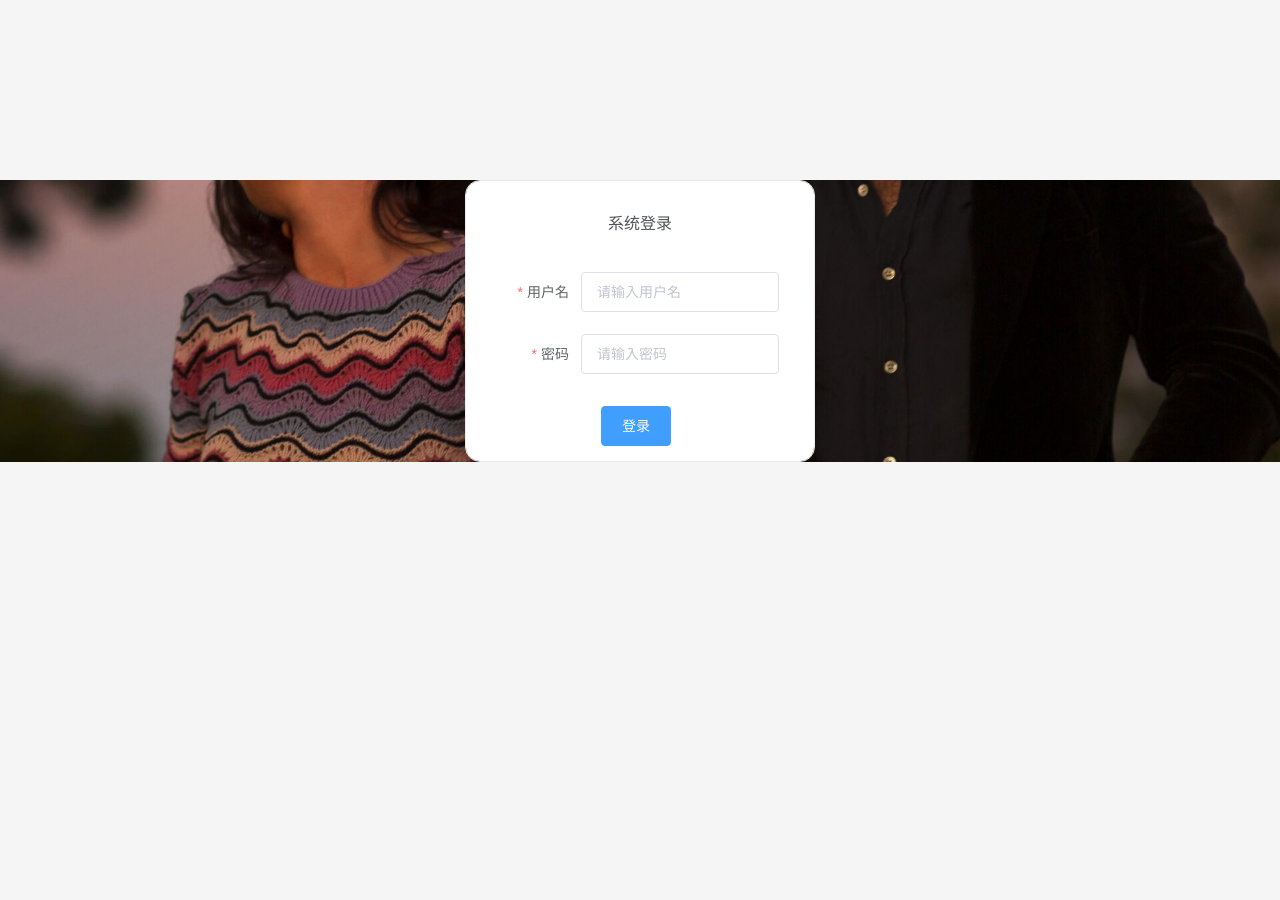
Repository: erwtt/git-demo
Page: /login (app in 后台管理系统/)
An editor plug-in stored every save of this project. The page is shown before and after the next save, followed by the edit.
The browser window is 1280 px wide. The pictures show the whole page.
The project was rebuilt for these pictures with package versions that can differ from the ones it lists, and the page was loaded fresh each time. Also part of the build but not shown: 后台管理系统/vue.config.js.

Above is the page before, as saved 2022-05-20 17:16:02.

### 后台管理系统/src/main.js
import Vue from 'vue'
import App from './App.vue'
import{Container,Main,Header,Aside} from 'element-ui'
import ElementUI from 'element-ui';
import 'element-ui/lib/theme-chalk/index.css';
import router from './router'
import './assets/less/index.less'
import store from './store'
import http from 'axios'
import '../api/mock.js'
import echarts from 'echarts'
Vue.prototype.$echarts = echarts

Vue.config.productionTip = false
Vue.use(ElementUI)
// Vue.use(Container)
// Vue.use(Main)
// Vue.use(Header)
// Vue.use(Aside)
Vue.prototype.$http = http

router.beforeEach((to,from,next)=>{
    store.commit('user/getToken')
    const token = store.state.user.token
    if(!token && to.name !== 'login'){
        next({name:'login'})
    }
    else if(token && to.name === 'login'){
        next({name:'Main'})
    }
    else{
        next()
    }
}
)

new Vue({
  router,
  store,
  render: h => h(App),
  created(){

      store.commit('tab/addMenu',router)
      console.log(router)
  }
}).$mount('#app')

### 后台管理系统/src/App.vue
<template>
  <div>
    <router-view></router-view>
  </div>
</template>

<script>

export default {
  name:'app',

}

</script>

<style>
  html,body{
    margin:0;
    padding: 0;
  }
</style>

### 后台管理系统/src/router/index.js
import Vue from 'vue'
import VueRouter from 'vue-router'


Vue.use(VueRouter)
const routes = [{
    path:'/',
    name:'Main',
    component:() => import('../views/main.vue'),
    children:[

    ]
},
    {
        path:'/login',
        name:'login',
        component:() => import('../views/login/login.vue')
    }
]

export default new VueRouter({
    mode:'history',
    routes
})

### 后台管理系统/src/store/index.js
import Vue from 'vue'
import Vuex from 'vuex'
import tab from './tab'
import user from './user'
Vue.use(Vuex)


export default new Vuex.Store({
    modules:{
        tab,
        user
    }
})

### 后台管理系统/api/mock.js
import Mock from 'mockjs'
import homeApi from './mockServeData/home.js'
import userApi from './mockServeData/user'
import permissionApi from './mockServeData/permission'

Mock.mock('/api/home/getData',homeApi.getStatisticalData)
Mock.mock(/api\/user\/add/,'post',userApi.createUser)               // '\'表示反转义，表明后面是字符串
Mock.mock(/api\/user\/edit/,'post',userApi.updateUser)
Mock.mock(/api\/user\/getUser/,'get',userApi.getUserList)
Mock.mock(/api\/user\/del/,'post',userApi.deleteUser)
Mock.mock(/permission\/getMenu/,'post',permissionApi.getMenu)

### 后台管理系统/src/views/login/login.vue
<template>
    <div class="background">
    <el-form
        :model="form"
        status-icon
        :rules="rules"
        ref="form"
        label-width="100px"
        class="login_container"
    >
    <h3 class="login_title">系统登录</h3>
    <el-form-item
        label="用户名"
        label-width="80px"
        prop="username"
        class="username"
    >
        <el-input
            type="input"
            v-model="form.username"
            auto-complete="off"
            placeholder="请输入用户名"
        ></el-input>
    </el-form-item>
        <el-form-item
        label="密码"
        label-width="80px"
        prop="username"
        class="username"
    >
        <el-input
            type="password"
            v-model="form.password"
            auto-complete="off"
            placeholder="请输入密码"
        ></el-input>
    </el-form-item>
    <el-form-item class="login_submit">
        <el-button
            type='primary'
            @click="login"
            class="login_submit"
         >登录</el-button>
    </el-form-item>
    </el-form>
    </div>
</template>

<script>
import {getMenu} from '../../../api/data'
import mock from 'mockjs'
export default {
    name:'login',
    data(){
        return{
            form:{

            },
            rules:{
                username:[
                    {
                        required:true,message:'请输入用户名',trigger:'blur'
                    },
                    {
                        min:3,message:'用户名长度不能少于三位',trigger:'blur'
                    }
                ],
                 password:[
                     {required:true,message:'请输入密码',trigger:'blur'}
                 ]
            }
        }
    },
    methods:{
        login(){
            getMenu(this.form).then(({data:res}) => {
                console.log(res)
                if(res.code === 20000){
                    this.$store.commit('tab/clearMenu')
                    this.$store.commit('tab/setMenu',res.data.menu)
                    this.$store.commit('user/setToken',res.data.token)
                    this.$store.commit('tab/addMenu',this.$router)
                    console.log(this.$router)
                    this.$router.push({name:'Main'} )

                }else{
                    this.$message.warning(res.data.message)
                }
            })
        //     const token = mock.Random.guid()
        //     this.$store.commit('user/setToken',token)
        //     this.$router.push({name:'home'})
        }
    }
}
</script>

<style lang="less" scoped>

    .background{
                width: 100%;
  height: 100%;
  background-image: url("../../assets/images/back.jpg");
  background-size: cover;
  background-position: center;
  position: relative;
    }
    .login_container{


        border-radius: 15px;
        background-clip: padding-box;
        margin:180px auto;
        width: 350px;
        padding:35px 35px 15px 35px;
        background-color:#fff;
        border:1px solid #eaeaea;
        box-shadow: #cac6c6;
    }
    .login_title{
        margin:0px auto 40px auto;
        text-align: center;
        color:#505458;
    }
    .login_submit{
        margin:10px auto 0px auto
    }
</style>

### 后台管理系统/src/assets/less/home.less
.home {
    .user {
      display: flex;
      align-items: center;
      padding-bottom: 20px;
      margin-bottom: 20px;
      border-bottom: 1px solid #ccc;
      img {
        width: 150px;
        height: 150px;
        border-radius: 50%;
        margin-right: 40px;
      }
      &info {
        .name {
          font-size: 32px;
          margin-bottom: 10px;
        }
        .access {
          color: #999999;
        }
      }
    }
    .login-info {
      p {
        line-height: 28px;
        font-size: 14px;
        color: #999999;
        span {
          color: #666666;
          margin-left: 60px;
        }
      }
    }
    .num {
      display: flex;
      flex-wrap: wrap;
      justify-content: space-between;
      .el-card {
        width: 32%;
        margin-bottom: 20px;
      }
      .icon {
        font-size: 30px;
        width: 80px;
        height: 60px;
        text-align: center;
        line-height: 60px;
        color: #fff;
      }
      .detail {
        margin-left: 15px;
        display: flex;
        flex-direction: column;
        justify-content: center;
        .num {
          font-size: 30px;
          margin-bottom: 10px;
        }
        .txt {
          font-size: 14px;
          text-align: center;
          color: #999999;
        }
      }
    }
    .graph {
      margin-top: 20px;
      display: flex;
      justify-content: space-between;
      .el-card {
        width: 48%;
      }
    }
  }

### 后台管理系统/src/store/tab.js
//import request from '@/api'
import router from '../router'
import Cookie from 'js-cookie'
export default{
    namespaced:true,
    state:{
        isCollapse: false,
        tabsList:[
            {
                path:'/home',
                name:'home',
                label:'首页',
                icon:'home'
            }
        ],
        currentMenu: null,
        menu:[]
    },
    mutations:{
        collapseMenu(state){
            state.isCollapse = !state.isCollapse
        },
        selectMenu(state, val){
            if(val.name != 'home'){
                state.currentMenu = val
                const result = state.tabsList.findIndex(item => item.name === val.name)
                if(result === -1)
                    state.tabsList.push(val)
            }
            else{
                state.currentMenu = null
            }
        },
        closeTag(state, val){
            const result = state.tabsList.findIndex(item => item.name === val.name)
            if(result !== -1){
                state.tabsList.splice(result,1)
            }
        },
        // login(state, res){
        //     state.login = res
        // }
        setMenu(state, val){
            state.menu = val
            Cookie.set('menu',JSON.stringify(val))
        },
        clearMenu(state){
            state.menu = []
            Cookie.remove('menu')
        },
        addMenu(state, router){
            if(!Cookie.get('menu')){
                return
            }
            const menu = JSON.parse(Cookie.get('menu'))
            state.menu = menu
            const menuArray = []
            menu.forEach(item => {
                if(item.children){
                    item.children = item.children.map(item => {
                        item.component = () => import(`../views/${item.url}`)
                        return item
                    })
                    menuArray.push(...item.children)
                }
                else{
                    item.component = () => import(`../views/${item.url}`)
                    menuArray.push(item)
                }
            });
            //console.log(menuArray)
            // 动态路由添加
            menuArray.forEach(item => {
                router.addRoute('Main',item)
            })
        }

    },
    // actions:{
    //     login({commit}){
    //         request.login().then((res)=>{
    //             commit('login', res)
    //         })

    //     }
    // }
}

### 后台管理系统/src/store/user.js
import Cookie from 'js-cookie'

export default{
    namespaced:true,
    state:{
        token:''
    },
    mutations:{
        setToken(state, val){
            state.token = val
            Cookie.set('token',val)
        },
        clearToken(state){
            state.token = ''
            Cookie.remove('token')
        },
        getToken(state){
            state.token = state.token || Cookie.get('token')
            console.log(state.token)
        }
    }
}

### 后台管理系统/api/mockServeData/home.js
// mock数据模拟
import Mock from 'mockjs'

// 图表数据
let List = []
export default {
  getStatisticalData: () => {
    //Mock.Random.float 产生随机数100到8000之间 保留小数 最小0位 最大0位
    for (let i = 0; i < 7; i++) {
      List.push(
        Mock.mock({
          苹果: Mock.Random.float(100, 8000, 0, 0),
          vivo: Mock.Random.float(100, 8000, 0, 0),
          oppo: Mock.Random.float(100, 8000, 0, 0),
          魅族: Mock.Random.float(100, 8000, 0, 0),
          三星: Mock.Random.float(100, 8000, 0, 0),
          小米: Mock.Random.float(100, 8000, 0, 0)
        })
      )
    }
    return {
      code: 20000,
      data: {
        // 饼图
        videoData: [
          {
            name: '小米',
            value: 2999
          },
          {
            name: '苹果',
            value: 5999
          },
          {
            name: 'vivo',
            value: 1500
          },
          {
            name: 'oppo',
            value: 1999
          },
          {
            name: '魅族',
            value: 2200
          },
          {
            name: '三星',
            value: 4500
          }
        ],
        // 柱状图
        userData: [
          {
            date: '周一',
            new: 5,
            active: 200
          },
          {
            date: '周二',
            new: 10,
            active: 500
          },
          {
            date: '周三',
            new: 12,
            active: 550
          },
          {
            date: '周四',
            new: 60,
            active: 800
          },
          {
            date: '周五',
            new: 65,
            active: 550
          },
          {
            date: '周六',
            new: 53,
            active: 770
          },
          {
            date: '周日',
            new: 33,
            active: 170
          }
        ],
        // 折线图
        orderData: {
          date: ['20191001', '20191002', '20191003', '20191004', '20191005', '20191006', '20191007'],
          data: List
        },
        tableData: [
          {
            name: 'oppo',
            todayBuy: 500,
            monthBuy: 3500,
            totalBuy: 22000
          },
          {
            name: 'vivo',
            todayBuy: 300,
            monthBuy: 2200,
            totalBuy: 24000
          },
          {
            name: '苹果',
            todayBuy: 800,
            monthBuy: 4500,
            totalBuy: 65000
          },
          {
            name: '小米',
            todayBuy: 1200,
            monthBuy: 6500,
            totalBuy: 45000
          },
          {
            name: '三星',
            todayBuy: 300,
            monthBuy: 2000,
            totalBuy: 34000
          },
          {
            name: '魅族',
            todayBuy: 350,
            monthBuy: 3000,
            totalBuy: 22000
          }
        ]
      }
    }
  }
}

### 后台管理系统/api/mockServeData/user.js
import Mock from 'mockjs'

// get请求从config.url获取参数，post从config.body中获取参数
function param2Obj (url) {
    console.log(url)
  const search = url.split('?')[1]
  if (!search) {
    return {}
  }
  return JSON.parse(
    '{"' +
    decodeURIComponent(search)
      .replace(/"/g, '\\"')
      .replace(/&/g, '","')
      .replace(/=/g, '":"') +
    '"}'
  )
}

let List = []
const count = 200

for (let i = 0; i < count; i++) {
  List.push(
    Mock.mock({
      id: Mock.Random.guid(),
      name: Mock.Random.cname(),
      addr: Mock.mock('@county(true)'),
      'age|18-60': 1,
      birth: Mock.Random.date(),
      sex: Mock.Random.integer(0, 1)
    })
  )
}

export default {
  /**
   * 获取列表
   * 要带参数 name, page, limt; name可以不填, page,limit有默认值。
   * @param name, page, limit
   * @return {{code: number, count: number, data: *[]}}
   */
  getUserList: config => {
    const { name, page = 1, limit = 7 } = param2Obj(config.url)
    console.log(config)
    console.log('name:' + name, 'page:' + page, '分页大小limit:' + limit)
    const mockList = List.filter(user => {
      if (name && user.name.indexOf(name) === -1 && user.addr.indexOf(name) === -1) return false
      return true
    })
    const pageList = mockList.filter((item, index) => index < limit * page && index >= limit * (page - 1))
    return {
      code: 20000,
      count: mockList.length,
      list: pageList
    }
  },
  /**
   * 增加用户
   * @param name, addr, age, birth, sex
   * @return {{code: number, data: {message: string}}}
   */
  createUser: config => {
    const { name, addr, age, birth, sex } = JSON.parse(config.body)
    console.log(JSON.parse(config.body))
    List.unshift({
      id: Mock.Random.guid(),
      name: name,
      addr: addr,
      age: age,
      birth: birth,
      sex: sex
    })
    return {
      code: 20000,
      data: {
        message: '添加成功'
      }
    }
  },
  /**
   * 删除用户
   * @param id
   * @return {*}
   */
  deleteUser: config => {
    const { id } = param2Obj(config.url)
    if (!id) {
      return {
        code: -999,
        message: '参数不正确'
      }
    } else {
      List = List.filter(u => u.id !== id)
      console.log(List)
      return {
        code: 20000,
        message: '删除成功'
      }
    }
  },
  /**
   * 批量删除
   * @param config
   * @return {{code: number, data: {message: string}}}
   */
  batchremove: config => {
    let { ids } = param2Obj(config.url)
    ids = ids.split(',')
    List = List.filter(u => !ids.includes(u.id))
    return {
      code: 20000,
      data: {
        message: '批量删除成功'
      }
    }
  },
  /**
   * 修改用户
   * @param id, name, addr, age, birth, sex
   * @return {{code: number, data: {message: string}}}
   */
  updateUser: config => {
    const { id, name, addr, age, birth, sex } = JSON.parse(config.body)
    const sex_num = parseInt(sex)
    List.some(u => {
      if (u.id === id) {
        u.name = name
        u.addr = addr
        u.age = age
        u.birth = birth
        u.sex = sex_num
        return true
      }
    })
    return {
      code: 20000,
      data: {
        message: '编辑成功'
      }
    }
  }
}

### 后台管理系统/api/mockServeData/permission.js
import Mock from 'mockjs'
export default {
  getMenu: config => {
    console.log(config);
    const { username, password } = JSON.parse(config.body)
    console.log(JSON.parse(config.body))
    // 先判断用户是否存在
    // 判断账号和密码是否对应
    if (username === 'admin' && password === 'admin') {
      return {
        code: 20000,
        data: {
          menu: [
            {
              path: '/home',
              name: 'home',
              label: '首页',
              icon: 's-home',
              url: 'home/index.vue'
            },
            {
              path: '/mall',
              name: 'mall',
              label: '商品管理',
              icon: 'video-play',
              url: 'mall/index.vue'
            },
            {
              path: '/user',
              name: 'user',
              label: '用户管理',
              icon: 'user',
              url: 'user/index.vue'
            },
            {
              label: '其他',
              icon: 'location',
              children: [
                {
                  path: '/page1',
                  name: 'page1',
                  label: '页面1',
                  icon: 'setting',
                  url: 'other/page1.vue'
                },
                {
                  path: '/page2',
                  name: 'page2',
                  label: '页面2',
                  icon: 'setting',
                  url: 'other/page2.vue'
                }
              ]
            }
          ],
          token: Mock.Random.guid(),
          message: '获取成功'
        }
      }
    } else if (username === 'xiaoxiao' && password === 'xiaoxiao') {
      return {
        code: 20000,
        data: {
          menu: [
            {
              path: '/home',
              name: 'home',
              label: '首页',
              icon: 's-home',
              url: 'home/index.vue'
            },
            {
              path: '/mall',
              name: 'mall',
              label: '商品管理',
              icon: 'video-play',
              url: 'mall/index.vue'
            }
          ],
          token: Mock.Random.guid(),
          message: '获取成功'
        }
      }
    } else {
      return {
        code: -999,
        data: {
          message: '密码错误'
        }
      }
    }

  }
}

### 后台管理系统/api/data.js
import axios from "./axios";

export const getMenu = (param) => {
    return axios.request({
        url:'/permission/getMenu',
        method:'post',
        data:param
    })
}

export const getData = () =>{
    return axios.request({
        url:'/home/getData'
    })
}

export const getUser = (params) =>{
    //console.log(params)
    return axios.request({
        url:'/user/getUser',
        method:'get',
        params
    })
}

### 后台管理系统/api/axios.js
import axios from 'axios'
import config from '../config'

const baseURL = process.env.NODE_ENV === 'development' ? config.baseURL.dev : config.baseURL.pro

class HttpRequest{
    constructor(baseURL){
        this.baseURL = baseURL
    }
    getInsideConfig(){
        const config = {
            baseURL: this.baseURL,
            header:{}
        }
        return config
    }
    interceptors(instance){
        // 添加请求拦截器
instance.interceptors.request.use(function (config) {
    // 在发送请求之前做些什么
    return config;
  }, function (error) {
    // 对请求错误做些什么
    console.log(error,'error')
    return Promise.reject(error);
  });

// 添加响应拦截器
instance.interceptors.response.use(function (response) {
    // 对响应数据做点什么
    // console.log(response,'response')
    return response;
  }, function (error) {
    console.log(error,'error')
    // 对响应错误做点什么
    return Promise.reject(error);
  });

    }
    request(options){
        const instance = axios.create()
        options = {...this.getInsideConfig(), ...options }

        this.interceptors(instance)
        //console.log(options)
        return instance(options)
    }
}
export default new HttpRequest(baseURL)

### 后台管理系统/config/index.js
export default{
    baseURL:{
        dev:'/api/',           //开发者环境
        pro:''                 //生产者环境
    }
}

Loaded but not shown: 后台管理系统/public/index.html (common file); 后台管理系统/src/assets/less/index.less (common file); 后台管理系统/src/assets/less/common.less (common file); 后台管理系统/src/assets/less/reset.less (common file)

After the next save:
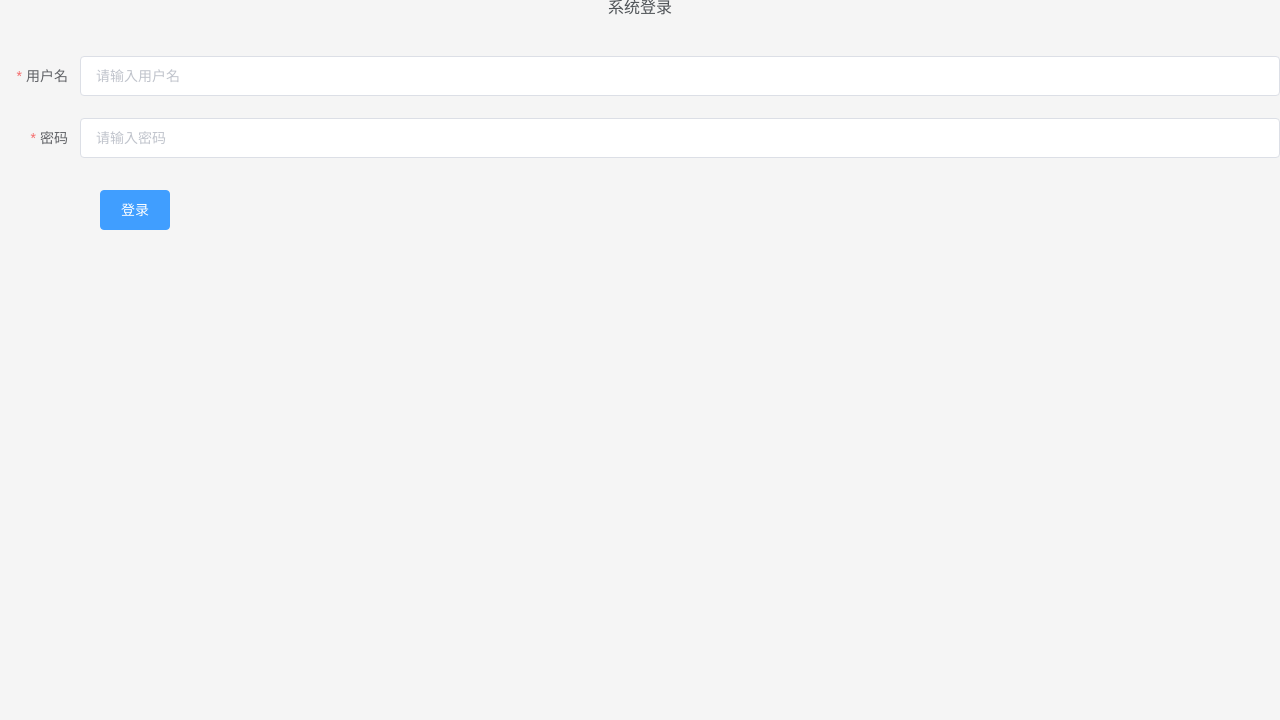
Saved 20 s later.
--- a/后台管理系统/src/views/login/login.vue
+++ b/后台管理系统/src/views/login/login.vue
@@ -1,5 +1,5 @@
 <template>
-    <div class="background">
+
     <el-form
         :model="form"
         status-icon
@@ -43,7 +43,6 @@
          >登录</el-button>
     </el-form-item>
     </el-form>
-    </div>
 </template>
 
 <script>
@@ -96,26 +95,22 @@ export default {
 </script>
 
 <style lang="less" scoped>
-
-    .background{
-                width: 100%;
+    .login_container{
+          width: 100%;
   height: 100%;
-  background-image: url("../../assets/images/back.jpg");
+  background-image: import("../../assets/images/back.jpg");
   background-size: cover;
   background-position: center;
   position: relative;
-    }
-    .login_container{
 
-
-        border-radius: 15px;
-        background-clip: padding-box;
-        margin:180px auto;
-        width: 350px;
-        padding:35px 35px 15px 35px;
-        background-color:#fff;
-        border:1px solid #eaeaea;
-        box-shadow: #cac6c6;
+        // border-radius: 15px;
+        // background-clip: padding-box;
+        // margin:180px auto;
+        // width: 350px;
+        // padding:35px 35px 15px 35px;
+        // background-color:#fff;
+        // border:1px solid #eaeaea;
+        // box-shadow: #cac6c6;
     }
     .login_title{
         margin:0px auto 40px auto;
